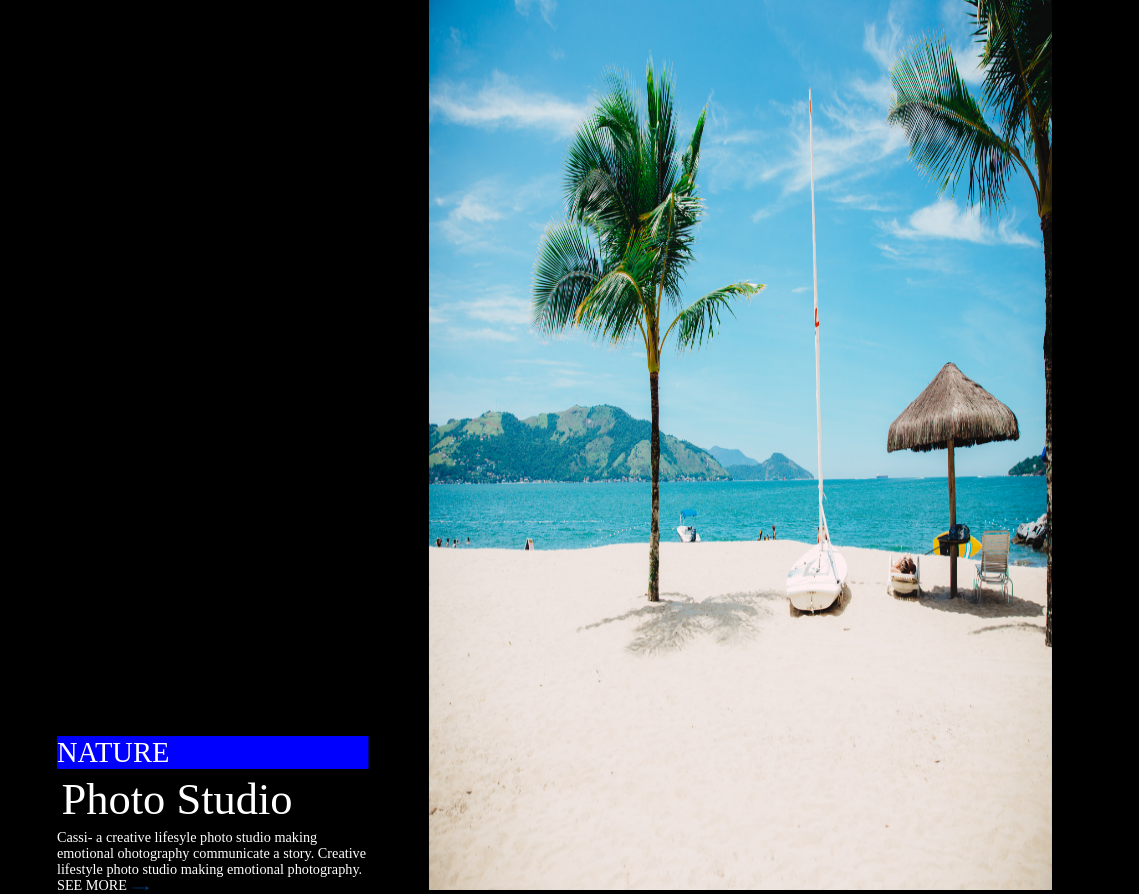
Repository: BRAspeaks/petty-project1
Page: petty project 1.html
The author's editor kept a copy of each file at every save. The page is drawn from the files as they stood at one save, then again after a run of saves.
The browser window is 1280 px wide. The pictures show the whole page, at 89% of full size.

Above is the page before, as saved 2022-07-25 15:13:20.

### petty project 1.html
<!DOCTYPE html>
<html lang="en">
    <head>
        <meta charset="UTF-8">
        <meta http-equiv="X-UA-Compatible" content="IE=edge">
        <meta name="viewport" content="width=device-width, initial-scale=1.0">
        <title> Photo Studio</title>
        <link rel="stylesheet" href="pettyproject1.css">
    </head>
    <body>
        <div class="main">
            <p class="Nature"> NATURE</p>
            <p class="photo">Photo Studio</p>
            <p class="bodice">Cassi- a creative lifesyle photo studio making emotional ohotography communicate a story. Creative lifestyle photo studio making emotional photography.</p>
            <p class="more">SEE MORE </p>
            <img src="bluearrow.png" class="arrow">
        </div>
        <div class="image">
            <img src="beach.jpg" class="beach" >
        </div>
    </body>
</html>

### pettyproject1.css
* {
    margin: 0;
    padding: 0;
    box-sizing: border-box;
}
body{
    background-color: black;
    color: white;
}
.main{
    text-align: left;
    width: 350px;
    /* margin-top: 50%;
    margin-bottom: 50%; */
    margin-left: 5%;
    margin-right: 5%;
}
.Nature{
    background-color: blue;
    /* width:70px; */
    font-size: 2rem;
}
.photo{
    font-size: 50px;
    margin: 5px;
}
.arrow{
    width:20px;
}
.more, .arrow {
    display: inline-block
}
.main, .image{
    display:inline-block;
}
.image{
    /* text-align: right;    */
}
.beach{
    width: 700px;
    height: 1000px;
    /* margin-bottom: -500px; */
}

After the next 3 saves:
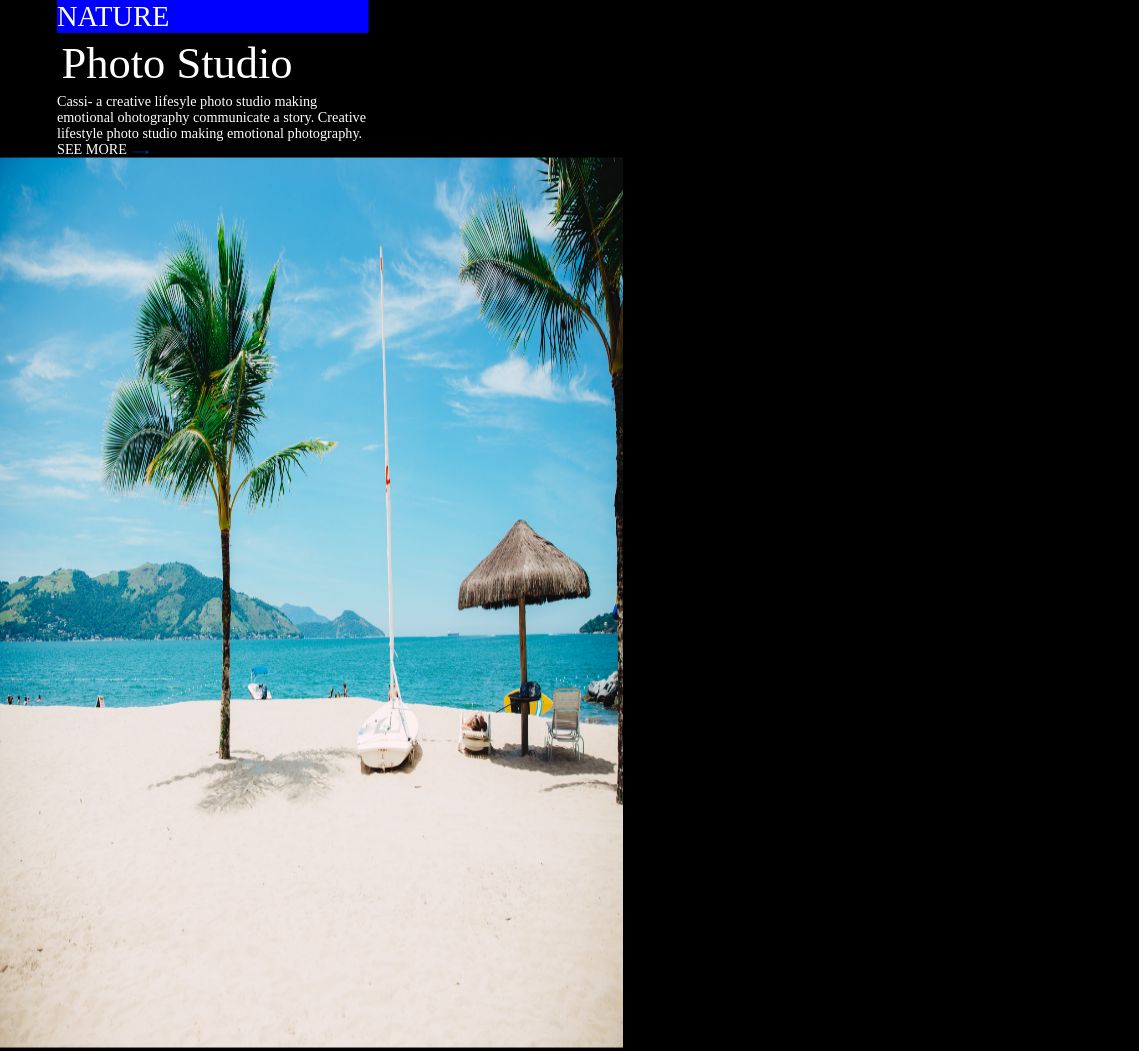
The 3 saves are shown as one change because they came seconds apart.
The last was saved 25 s later.
--- a/pettyproject1.css
+++ b/pettyproject1.css
@@ -31,7 +31,7 @@ body{
     display: inline-block
 }
 .main, .image{
-    display:inline-block;
+    /* display:inline-block; */
 }
 .image{
     /* text-align: right;    */
